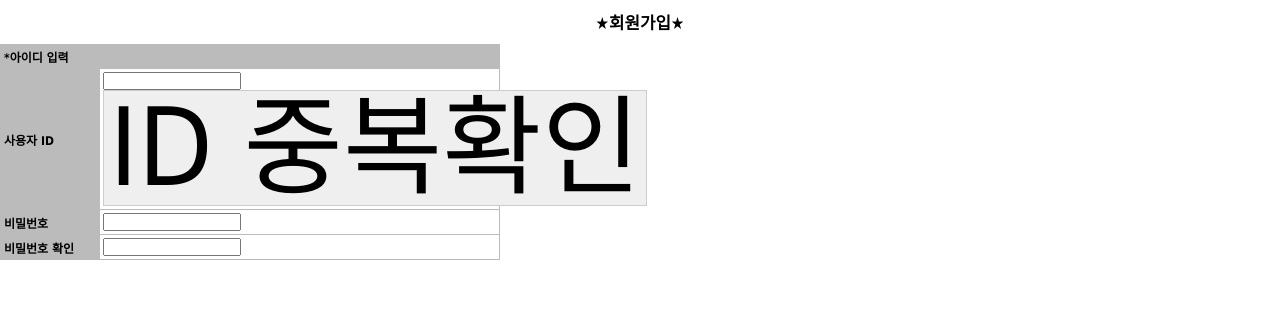
Repository: eParkjongtaek/lovedisket
Page: http://localhost/KH18_1/0904/inputForm.jsp
The author's editor kept a copy of each file at every save. The page is drawn from the files as they stood at one save, then again after the next save.
The browser window is 1280 px wide. The pictures show the whole page.
The page is served by Tomcat 9.

Above is the page before, as saved 2017-09-04 04:20:50.

After the next save:
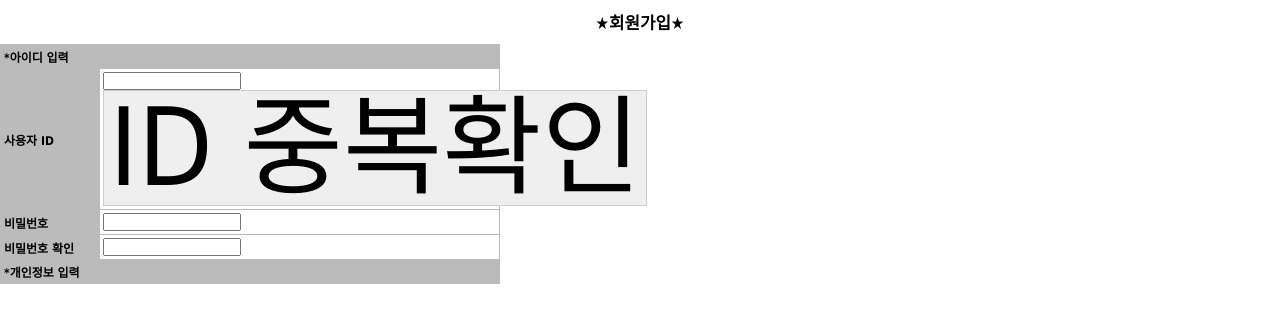
Saved 28 s later.
--- a/source/KH18_1/WebContent/0904/inputForm.jsp
+++ b/source/KH18_1/WebContent/0904/inputForm.jsp
@@ -83,6 +83,9 @@ function checkIt()
 						<input type="password" name="passwd2" maxlength="12">
 					</td>
 				</tr>
+				<tr>
+					<th colspan="2" class="subTitle">*개인정보 입력</th>
+				</tr>
 
 			</table>
 
